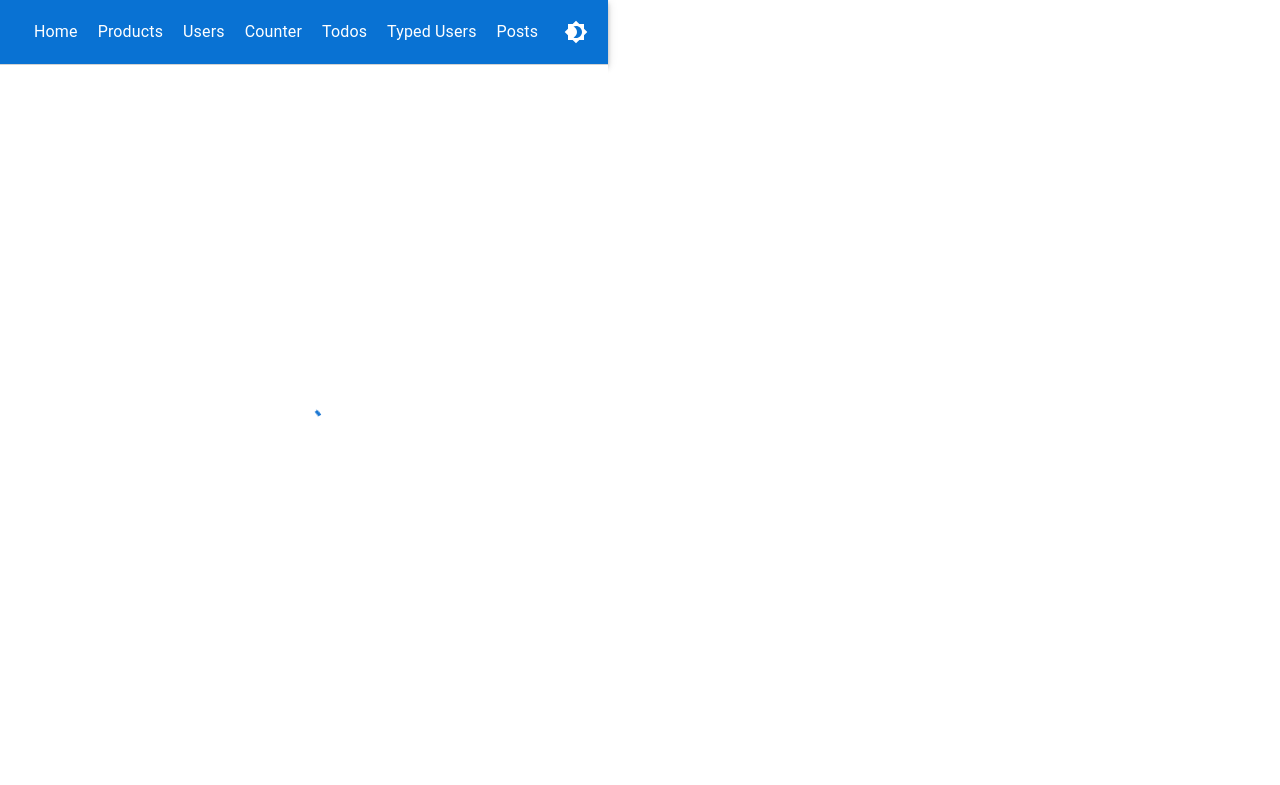
Repository: Vijay-Singh1/delente-assessment
Page: /todos
The author's editor kept a copy of each file at every save. The page is drawn from the files as they stood at one save, then again after the next save.
The browser window is 1280 px wide. The pictures show the whole page.
The page's requests for data from a server got no answer. The project was rebuilt for these pictures with package versions that can differ from the ones it lists, and the page was loaded fresh each time. The framework's server and built-in components were replaced by stand-ins that run in the browser. No one was signed in, and anything a server would have sent is missing. Also part of the build but not shown: next.config.mjs.

Above is the page before, as saved 2024-10-09 23:05:04.

After the next save:
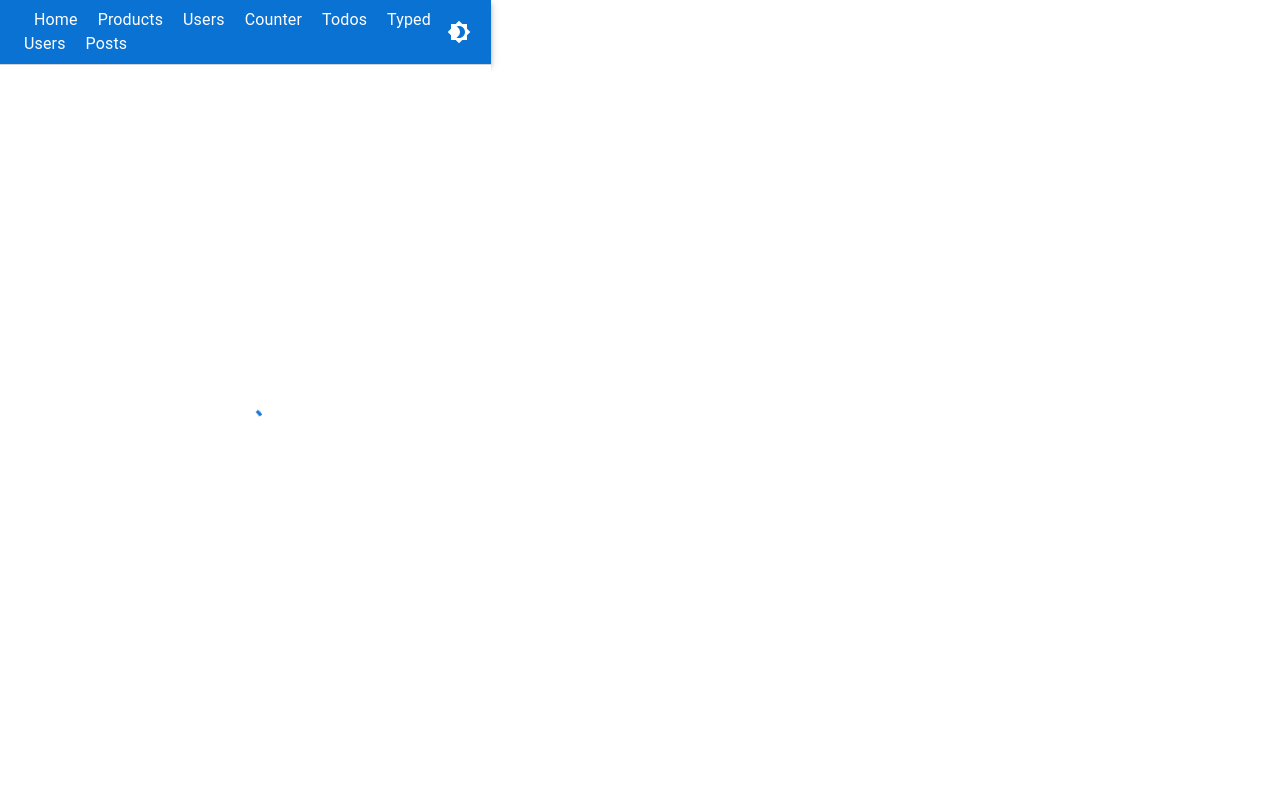
Saved 35 s later.
--- a/styles/global.css
+++ b/styles/global.css
@@ -11,6 +11,6 @@ html, body {
 }
 
 #root, #__next {
-  width:fit-content;
+  width:min-content;
   height: 100%;
 }
